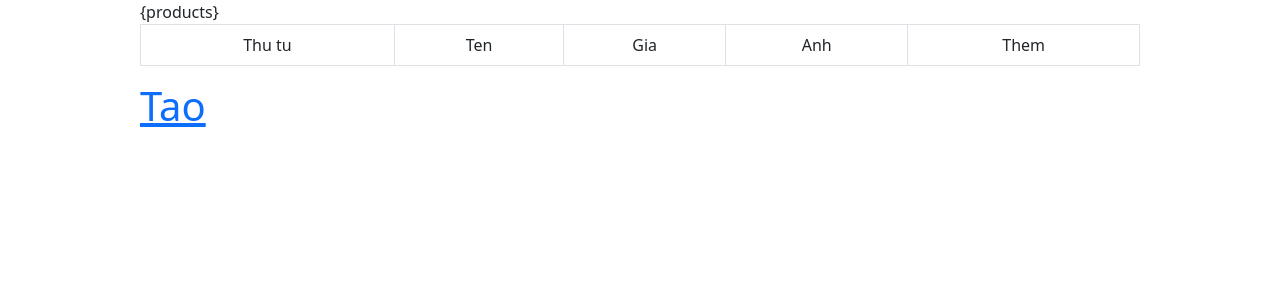
Repository: nguyenhung50497/MD3_demoDatabase1
Page: src/views/home.html
These files come from the project's save history. The page is drawn as it stood at one moment and after the next save; the edit follows.
The browser window is 1280 px wide. The pictures show the whole page.

Above is the page before, as saved 2022-12-28 08:47:25.

### src/views/home.html
<!doctype html>
<html lang="en">
  <head>
    <meta charset="utf-8">
    <meta name="viewport" content="width=device-width, initial-scale=1">
    <title>Home</title>
    <link href="https://cdn.jsdelivr.net/npm/bootstrap@5.2.3/dist/css/bootstrap.min.css" rel="stylesheet" integrity="sha384-rbsA2VBKQhggwzxH7pPCaAqO46MgnOM80zW1RWuH61DGLwZJEdK2Kadq2F9CUG65" crossorigin="anonymous">
  </head>
  <body>
    <div class="container" style="width: 80%;">
      <table class="table table-bordered" style="text-align: center;">
        <tr>
            <td>Thu tu</td>
            <td>Ten</td>
            <td>Gia</td>
            <td>Anh</td>
            <td colspan="2">Them</td>
        </tr>
        <tbody>
        {products}
        </tbody>
      </table>
      <h1><a href="/create">Tao</a></h1>
    </div>
    <script src="https://cdn.jsdelivr.net/npm/bootstrap@5.2.3/dist/js/bootstrap.bundle.min.js" integrity="sha384-kenU1KFdBIe4zVF0s0G1M5b4hcpxyD9F7jL+jjXkk+Q2h455rYXK/7HAuoJl+0I4" crossorigin="anonymous"></script>
  </body>
</html>

After the next save:
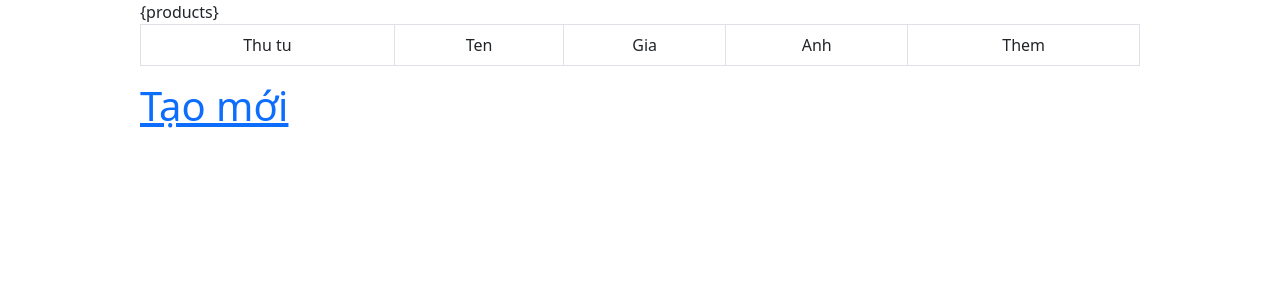
Saved 6 s later.
--- a/src/views/home.html
+++ b/src/views/home.html
@@ -20,7 +20,7 @@
         {products}
         </tbody>
       </table>
-      <h1><a href="/create">Tao</a></h1>
+      <h1><a href="/create">Tạo mới</a></h1>
     </div>
     <script src="https://cdn.jsdelivr.net/npm/bootstrap@5.2.3/dist/js/bootstrap.bundle.min.js" integrity="sha384-kenU1KFdBIe4zVF0s0G1M5b4hcpxyD9F7jL+jjXkk+Q2h455rYXK/7HAuoJl+0I4" crossorigin="anonymous"></script>
   </body>
